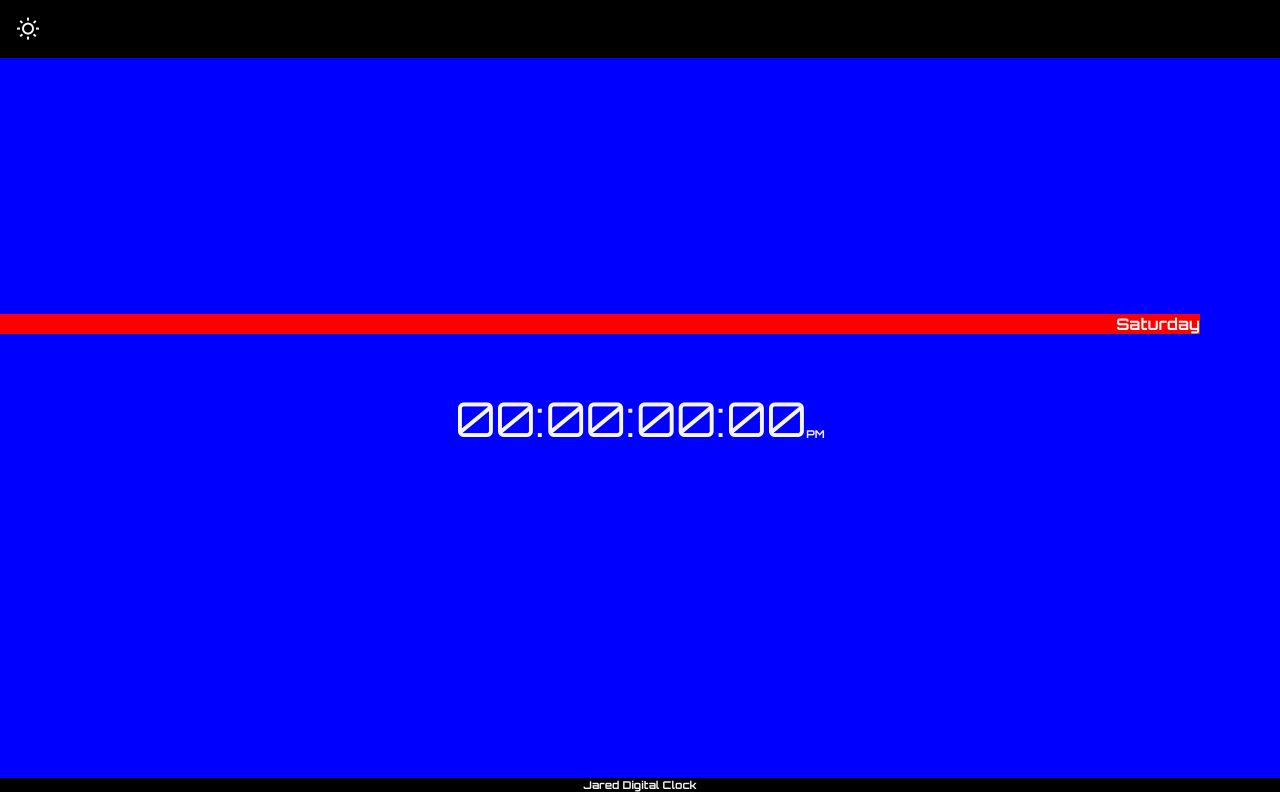
Repository: EguJaredoBoyd/Jared-Digital-Clock
Page: index.html
These files come from the project's save history. The page is drawn as it stood at one moment and after the next save; the edit follows.
The browser window is 1280 px wide. The pictures show the whole page.
Some web libraries are served in a nearby version.

Above is the page before, as saved 2026-01-04 22:20:56.

After the next save:
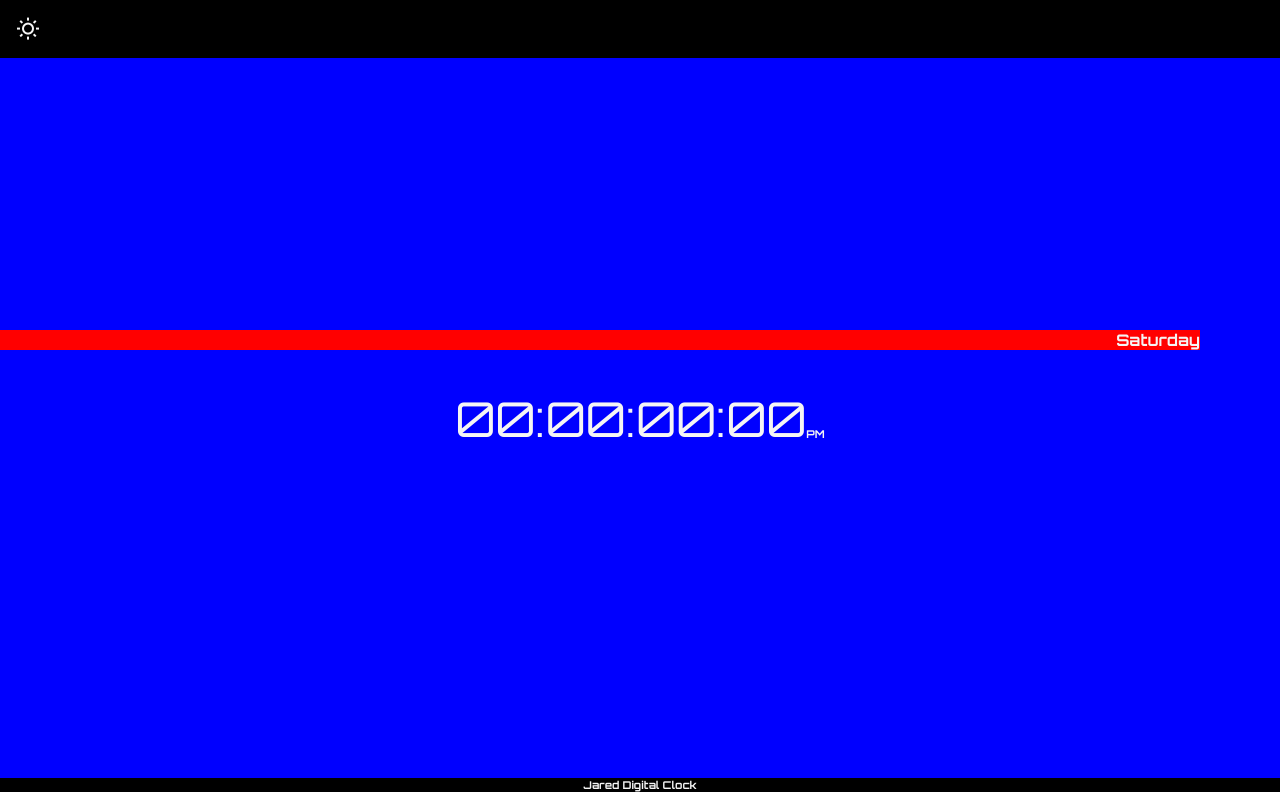
Saved 10 s later.
--- a/css/styles.css
+++ b/css/styles.css
@@ -76,7 +76,7 @@
   justify-content: end;
   position: absolute;
   right: 5rem;
-  top: 16rem;
+  top: 17rem;
   background-color: red;
 }
 

After the save that followed:
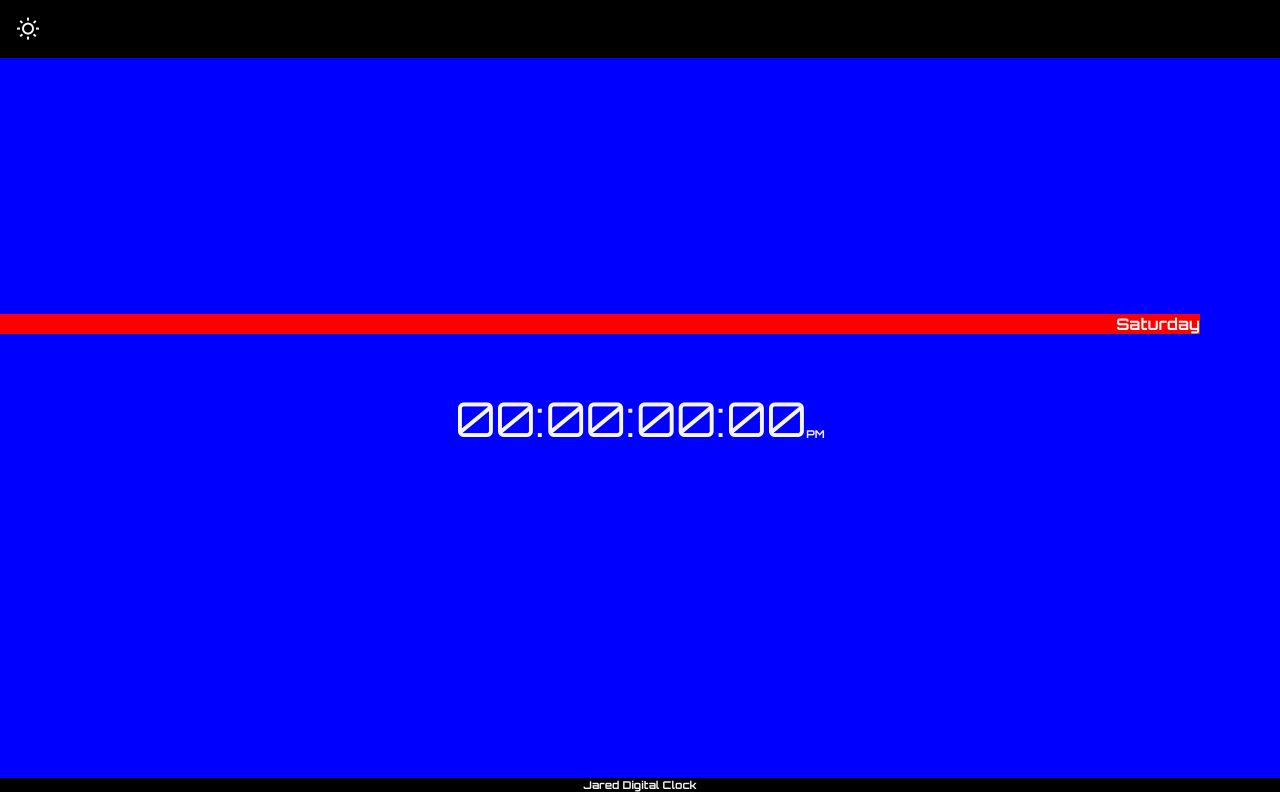
Saved 7 s later.
--- a/css/styles.css
+++ b/css/styles.css
@@ -76,7 +76,7 @@
   justify-content: end;
   position: absolute;
   right: 5rem;
-  top: 17rem;
+  top: 16rem;
   background-color: red;
 }
 
